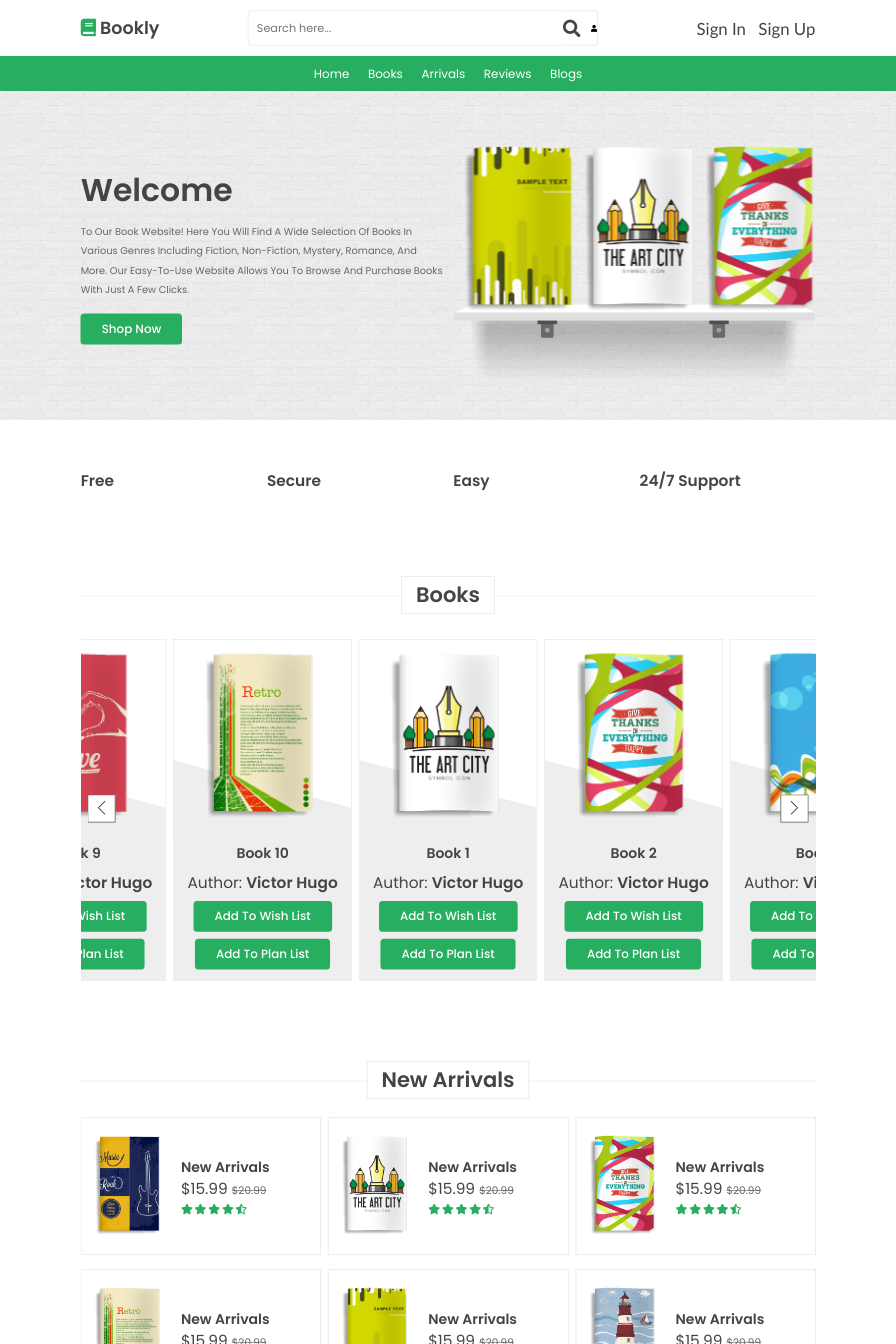
Repository: souhailaniba/Bookly
Page: public/assets/books webstie/index2.html
These files come from the project's save history. The page is drawn as it stood at one moment and after the next save; the edit follows.
The browser window is 1280 px wide. The pictures show the part of the page from y = 0 to 1920 px (the page is 4257 px tall), at 70% of full size.

Above is the page before, as saved 2023-01-27 03:33:35.

After the next save:
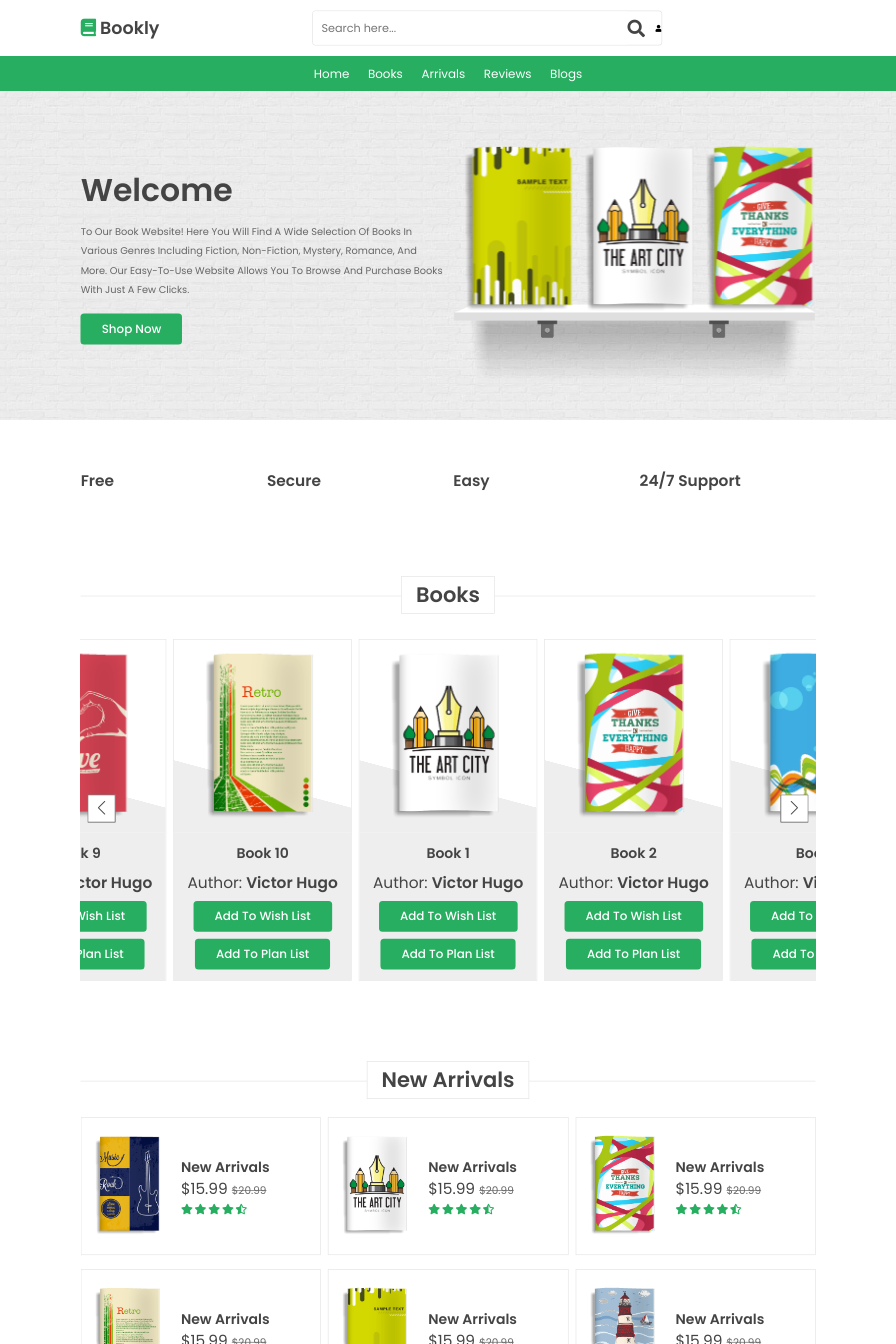
Saved 83 s later.
--- a/public/assets/books webstie/index2.html
+++ b/public/assets/books webstie/index2.html
@@ -33,8 +33,6 @@
 
         <div class="icons">
             <div id="search-btn" class="fas fa-search"></div>
-            <a href="./Login.html"  style="font-size:x-large;font-family: 'Gill Sans', 'Gill Sans MT', Calibri, 'Trebuchet MS', sans-serif;">Sign In</a>
-            <a href="./Register.html" style="font-size: x-large;font-family: 'Gill Sans', 'Gill Sans MT', Calibri, 'Trebuchet MS', sans-serif;">Sign Up</a>
         </div>
 
     </div>
